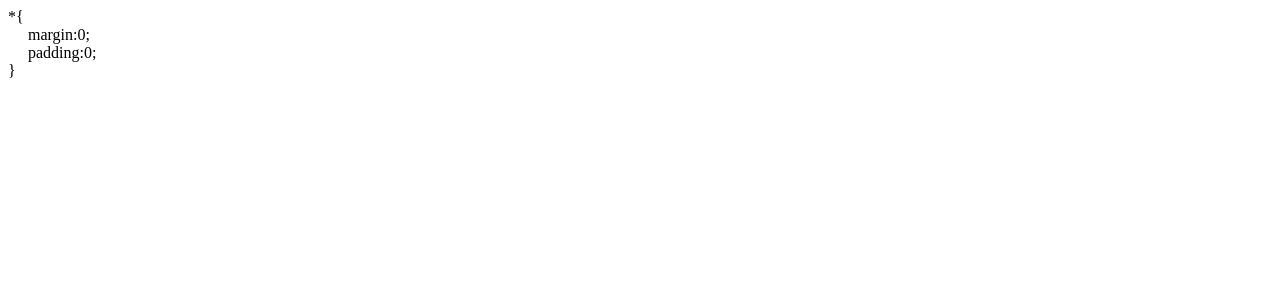
Repository: ScarApocalypse/study
Page: 一些想法/test.html
These files come from the project's save history. The page is drawn as it stood at one moment and after the next save; the edit follows.
The browser window is 1280 px wide. The pictures show the whole page.

Above is the page before, as saved 2019-08-01 23:50:15.
Console error: ReferenceError: timeOut is not defined

After the next save:
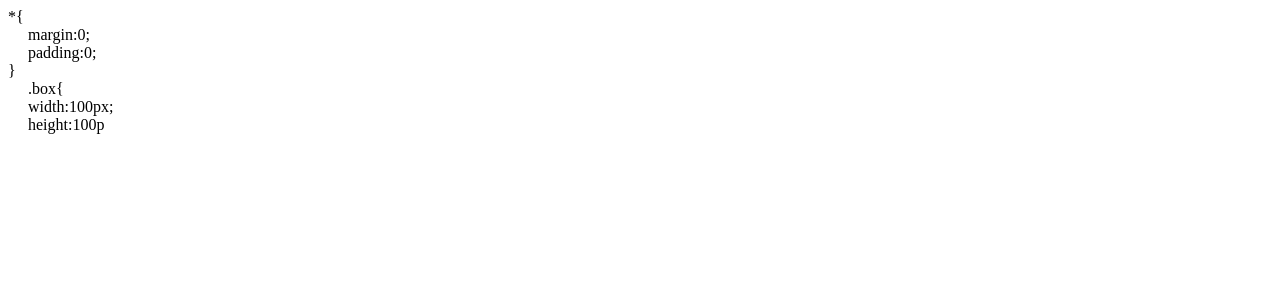
The error is gone.
Saved 23 s later.
--- a/一些想法/test.html
+++ b/一些想法/test.html
@@ -23,7 +23,7 @@
     <script>
 
         var reg=/[{};]/;
-        var str='*{margin:0;padding:0;}';
+        var str='*{margin:0;padding:0;}.box{width:100px;height:100px;}';
         // var chat="1";
         var length=str.length;
         var strIndex=0;
